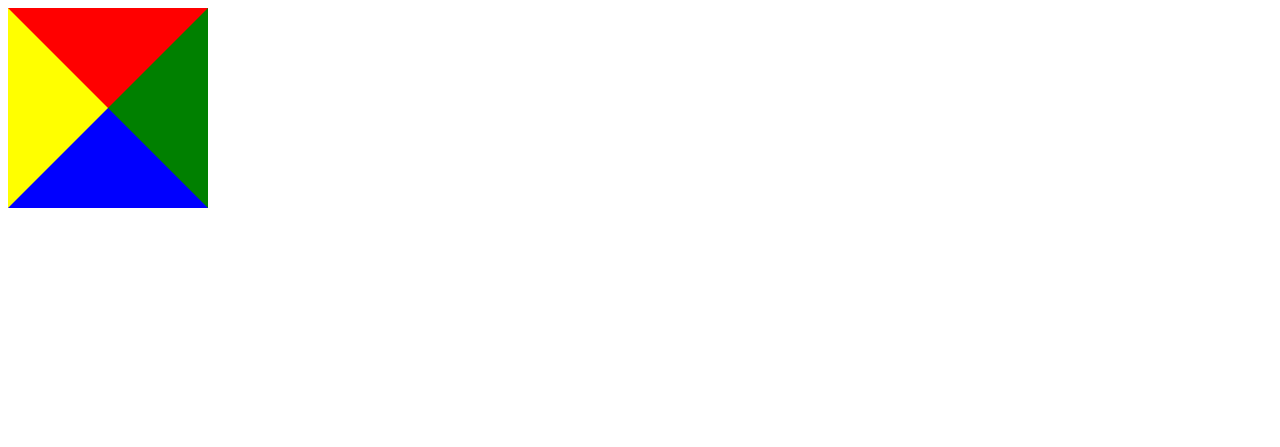
Repository: zh-webliker/achiveSomeFunction
Page: css/css画图.html
These files come from the project's save history. The page is drawn as it stood at one moment and after the next save; the edit follows.
The browser window is 1280 px wide. The pictures show the whole page.

Above is the page before, as saved 2021-07-13 16:06:28.

### css/css画图.html
<!DOCTYPE html>
<html lang="en">
<head>
  <meta charset="UTF-8">
  <meta http-equiv="X-UA-Compatible" content="IE=edge">
  <meta name="viewport" content="width=device-width, initial-scale=1.0">
  <title>Document</title>
</head>
<style>
  .triangle {
    width: 0;
    height: 0;
    border-bottom: 100px solid blue;
    border-top: 100px solid red;
    border-left: 100px solid yellow;
    border-right: 100px solid green;
  }
</style>
<body>
  <div class="triangle"></div>
</body>
</html>

After the next save:
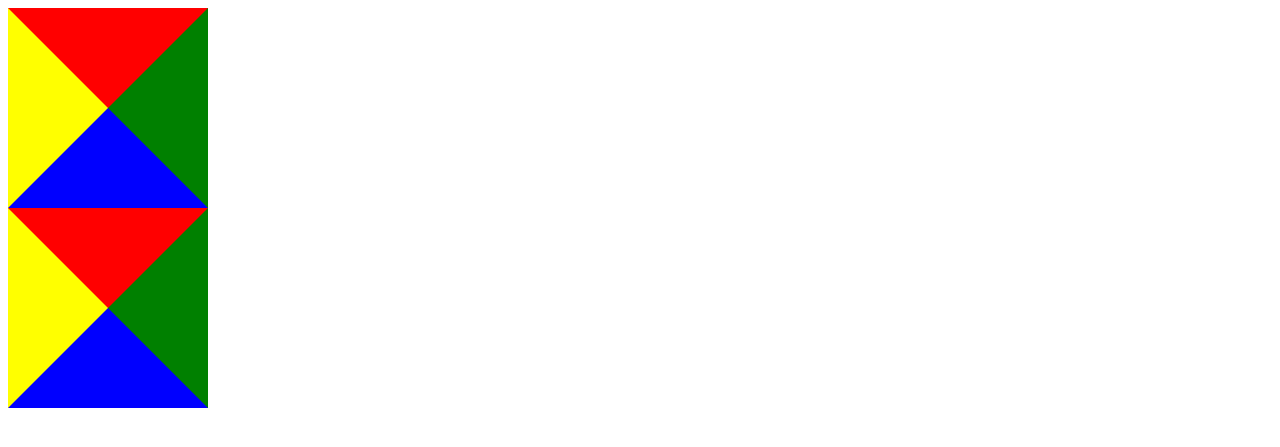
Saved 12 s later.
--- a/css/css画图.html
+++ b/css/css画图.html
@@ -18,5 +18,6 @@
 </style>
 <body>
   <div class="triangle"></div>
+  <div class="triangle"></div>
 </body>
 </html>

After the save that followed:
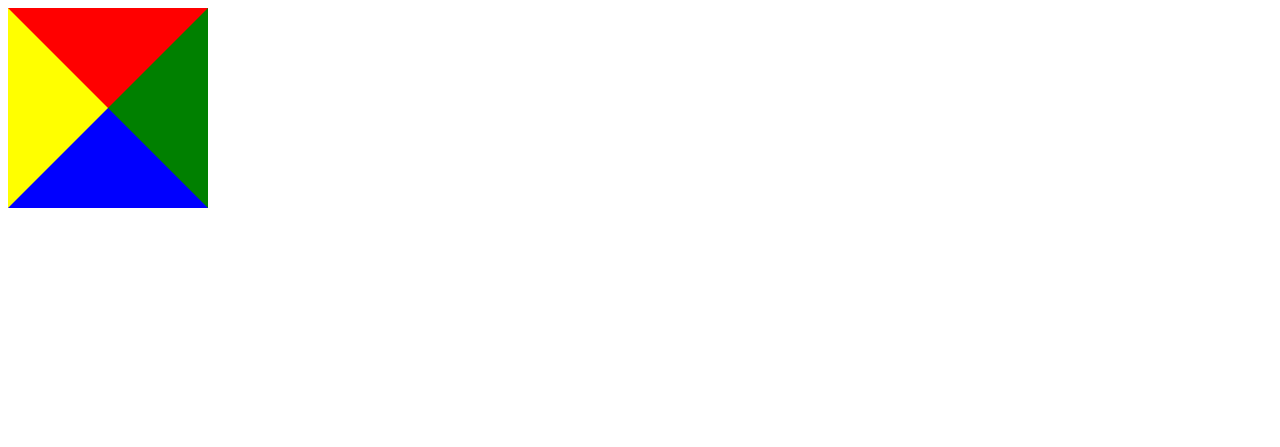
Saved 82 s later.
--- a/css/css画图.html
+++ b/css/css画图.html
@@ -15,9 +15,12 @@
     border-left: 100px solid yellow;
     border-right: 100px solid green;
   }
+  .triangleElse {
+
+  }
 </style>
 <body>
   <div class="triangle"></div>
-  <div class="triangle"></div>
+  <div class="triangleElse"></div>
 </body>
 </html>
